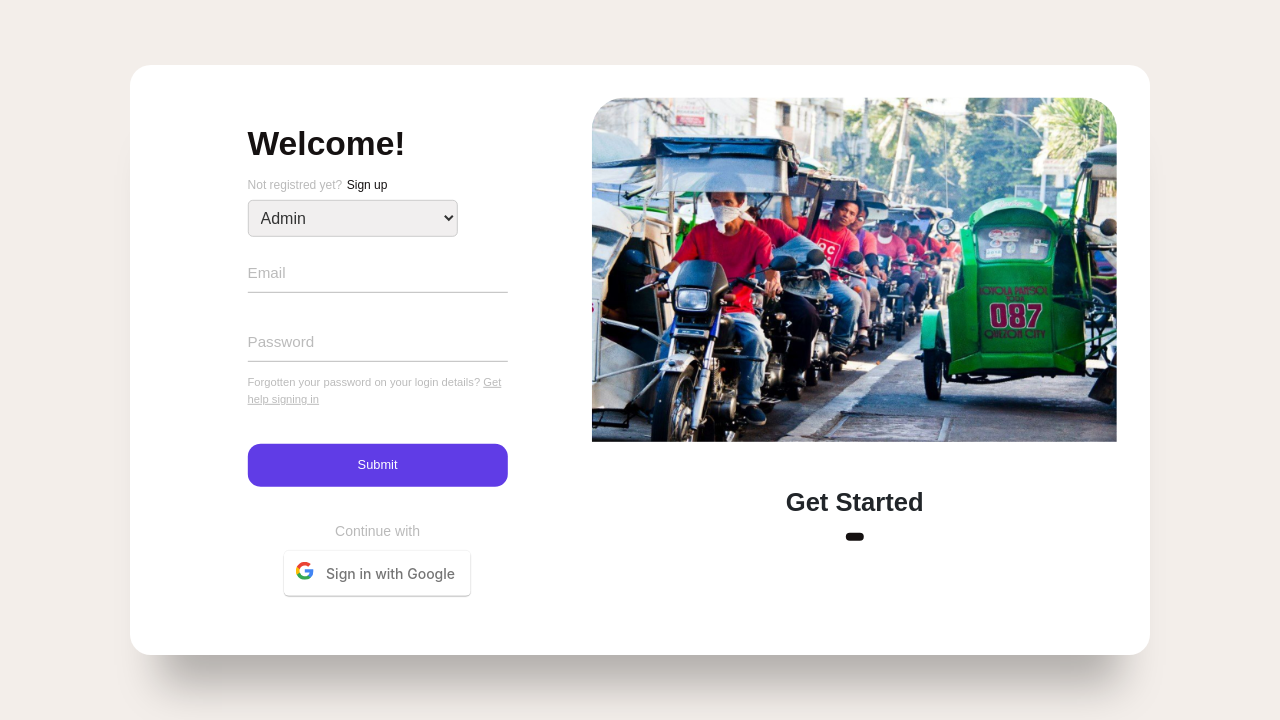
Repository: adrcstro/TrackingManagement
Page: http://localhost/tcpdf/Loginsystem/login.php
The author's editor kept a copy of each file at every save. The page is drawn from the files as they stood at one save, then again after the next save.
The browser window is 1280 px wide. The pictures show the whole page.
Some web fonts or font styles are not loaded; a fallback is used. Some web libraries are served in a nearby version. The page is run by PHP 8.4 with error messages shown; the project is at /var/www/html/.

Above is the page before, as saved 2024-01-20 13:28:06.

After the next save:
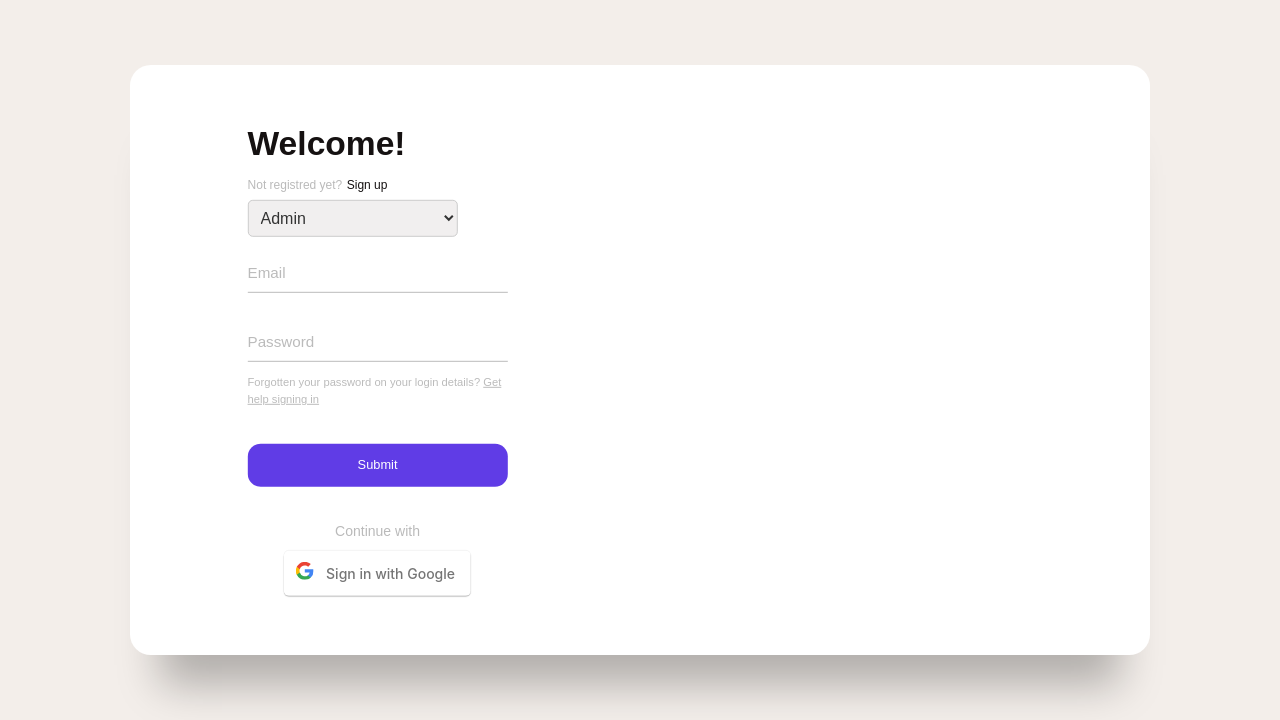
Saved 2 min 50 s later.
--- a/Loginsystem/login.php
+++ b/Loginsystem/login.php
@@ -221,7 +221,7 @@
 
           <div class="carousel">
   <div class="images-wrapper">
-    <img src="../images/file3.jpg" class="image img-1 show" data-image="img-1" alt="" />
+    <img src="../images/file3.jpg" class="image-fluid img-1 show" data-image="img-1" alt="" />
     <img src="../images/maps6.png" class="image img-2" data-image="img-2" alt="" />
     <img src="../images/Forgot.svg" class="image img-3" data-image="img-3" alt="" />
   </div>

After the save that followed:
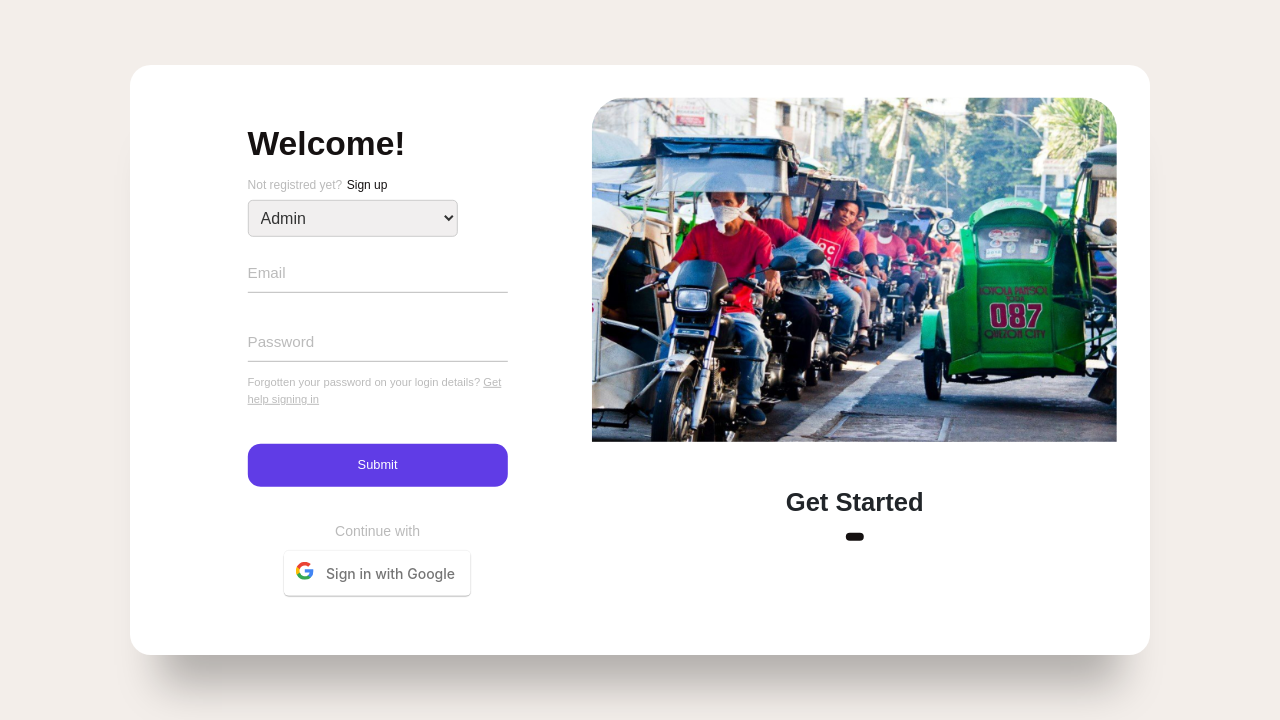
Saved 39 s later.
--- a/Loginsystem/login.php
+++ b/Loginsystem/login.php
@@ -221,7 +221,7 @@
 
           <div class="carousel">
   <div class="images-wrapper">
-    <img src="../images/file3.jpg" class="image-fluid img-1 show" data-image="img-1" alt="" />
+    <img src="../images/file3.jpg" class="image img-1 show" data-image="img-1" alt="" />
     <img src="../images/maps6.png" class="image img-2" data-image="img-2" alt="" />
     <img src="../images/Forgot.svg" class="image img-3" data-image="img-3" alt="" />
   </div>
